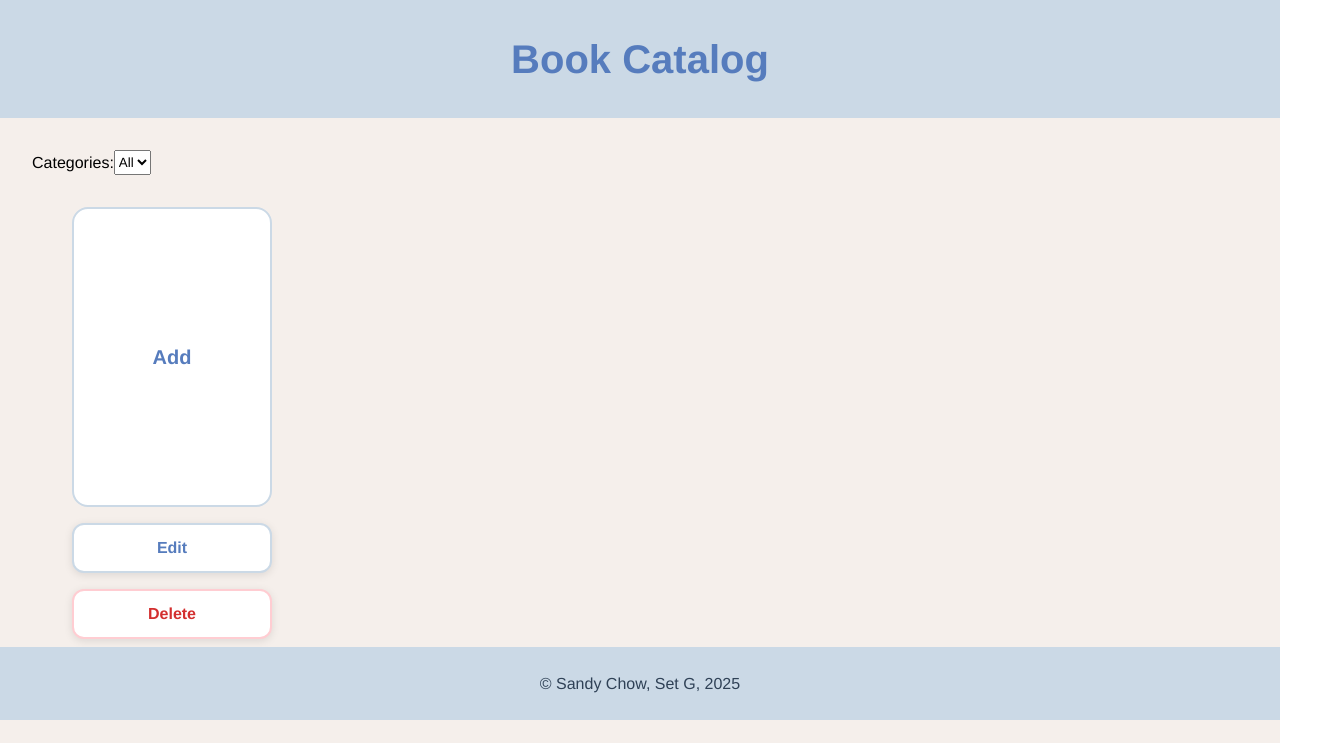
Repository: Bcit-sandy/COMP3170_Lab7
Page: /
An editor plug-in stored every save of this project. The page is shown before and after the next save, followed by the edit.
The browser window is 1280 px wide. The page is 1344 px wide, then 1280 px, then 1344 px, so the pictures cover 1344 px, including what lies to the right of the window. The pictures show the whole page.
The project was rebuilt for these pictures with package versions that can differ from the ones it lists, and the page was loaded fresh each time. Also part of the build but not shown: vite.config.js, src/components/Info.jsx, src/components/Book.jsx.

Above is the page before, as saved 2025-10-25 23:48:04.

After the next save:
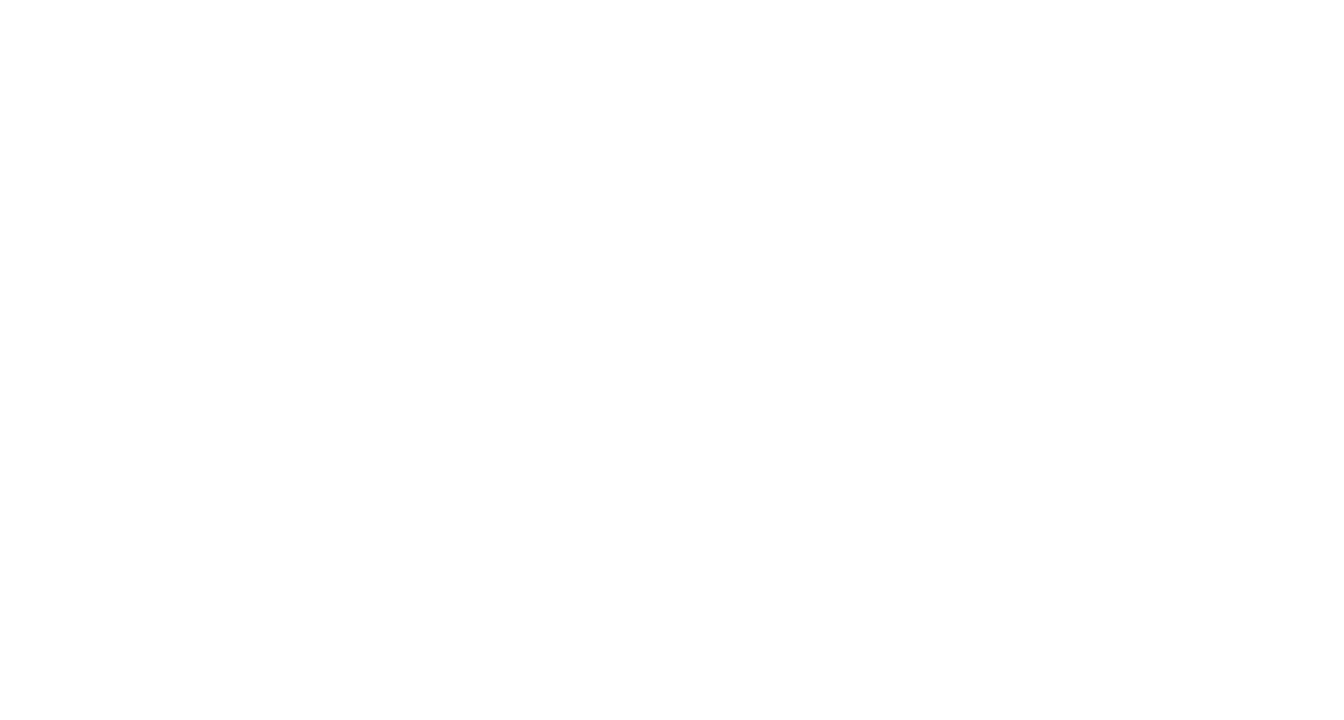
Console error: ReferenceError: authors is not defined
Saved 103 s later.
--- a/src/components/Filter/Filter.jsx
+++ b/src/components/Filter/Filter.jsx
@@ -4,13 +4,13 @@
     const [filter, setFilter] = useState('');
     return (
         <div className="filter-container">
-            Categories:
+           FILTER BY:
             <select
                 value={filter}
                 onChange={(e) => setFilter(e.target.value)}>
                 <option value=''>All</option>
-                {[...categories].map((category) => (
-                    <option value={category}>{category}</option>
+                {[...authors].map((author) => (
+                    <option value={author}>{author}</option>
                 ))}
             </select>
         </div>

After the 4 saves that followed:
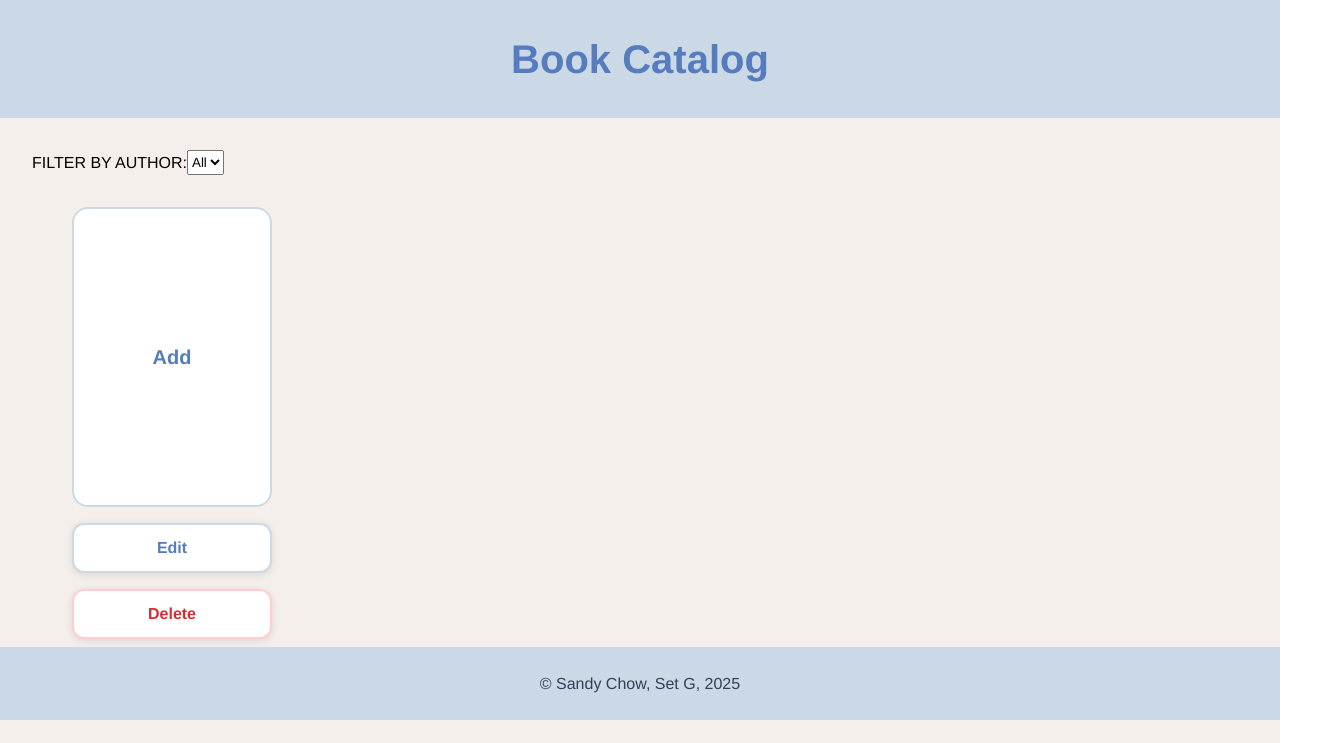
The error is gone.
The 4 saves are shown as one change because 3 left the picture as it was.
The last was saved 66 s later.
--- a/src/App.jsx
+++ b/src/App.jsx
@@ -57,7 +57,7 @@ function App() {
     setBooks(prevBooks => [...prevBooks, newBook]);
   }
 
-  const categories = [...new Set(books.map(book => book.category))];
+  const authors = [...new Set(books.map(book => book.author))];
 
   return (
     <div>
@@ -66,7 +66,7 @@ function App() {
       </header>
 
       <main className="app-main">
-        <Filter categories={categories} />
+        <Filter authors={authors} />
         <div className="app-content-container">
           <div className="add-button-column">
             <Add
--- a/src/components/Filter/Filter.jsx
+++ b/src/components/Filter/Filter.jsx
@@ -1,10 +1,10 @@
 import "./Filter.css";
 import { useState } from "react";
-function Filter({ categories = [] }) {
+function Filter({ authors = [] }) {
     const [filter, setFilter] = useState('');
     return (
         <div className="filter-container">
-           FILTER BY:
+           FILTER BY AUTHOR:
             <select
                 value={filter}
                 onChange={(e) => setFilter(e.target.value)}>
